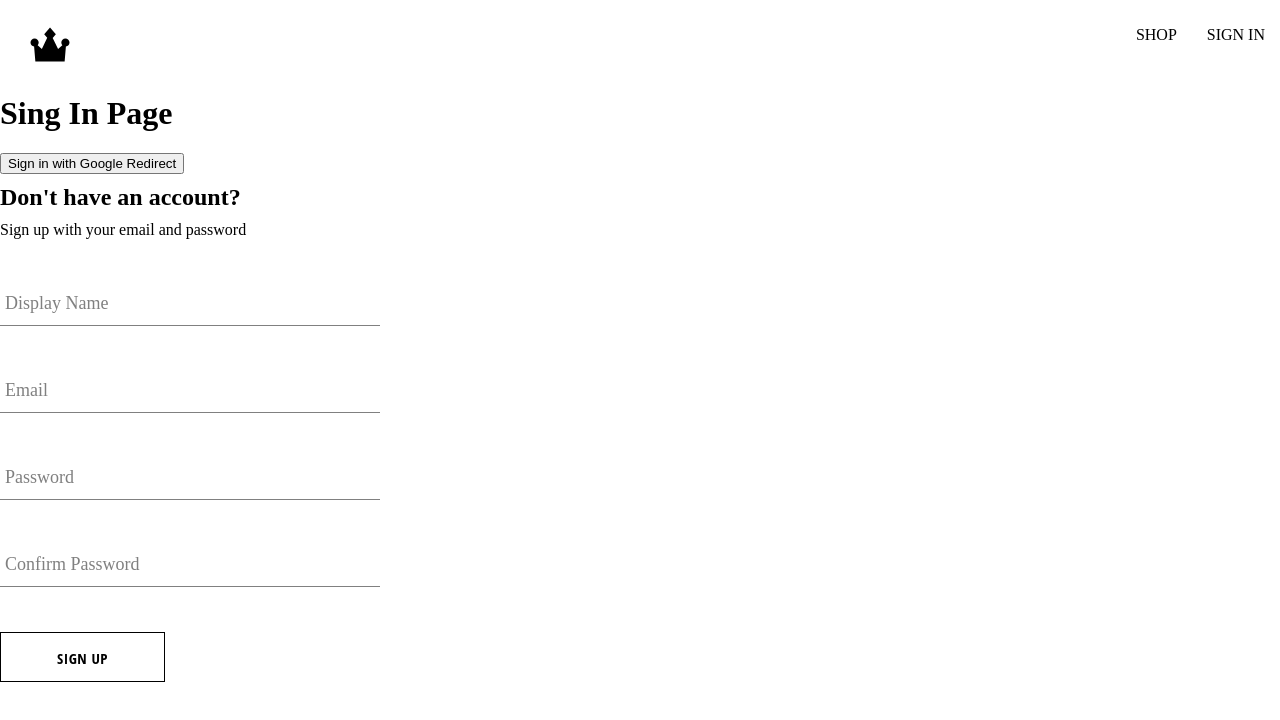
Repository: Chadi2000/crwn-clothing
Page: /signIn
The author's editor kept a copy of each file at every save. The page is drawn from the files as they stood at one save, then again after the next save.
The browser window is 1280 px wide. The pictures show the whole page.
The project was rebuilt for these pictures with package versions that can differ from the ones it lists, and the page was loaded fresh each time. Also part of the build but not shown: src/categories.styles.scss, src/components/category-item/category-item.styles.scss, src/components/category-item/category-item.component.jsx, src/components/directory/directory.styles.scss, src/components/directory/directory.component.js, src/routes/home/home.component.jsx.

Above is the page before, as saved 2024-02-11 21:08:00.

### public/index.html
<!DOCTYPE html>
<html lang="en">
  <head>
    <meta charset="utf-8" />
    <link rel="icon" href="%PUBLIC_URL%/favicon.ico" />
    <meta name="viewport" content="width=device-width, initial-scale=1" />
    <meta name="theme-color" content="#000000" />
    <meta
      name="description"
      content="Web site created using create-react-app"
    />
    <link rel="apple-touch-icon" href="%PUBLIC_URL%/logo192.png" />
    <link rel="preconnect" href="https://fonts.googleapis.com">
    <link rel="preconnect" href="https://fonts.gstatic.com" crossorigin>
    <link
    href="https://fonts.googleapis.com/css2?family=Open+Sans:ital,wght@0,300..800;1,300..800&family=Roboto:wght@300&display=swap"
    rel="stylesheet">
    <!--
      manifest.json provides metadata used when your web app is installed on a
      user's mobile device or desktop. See https://developers.google.com/web/fundamentals/web-app-manifest/
    -->
    <link rel="manifest" href="%PUBLIC_URL%/manifest.json" />
    <!--
      Notice the use of %PUBLIC_URL% in the tags above.
      It will be replaced with the URL of the `public` folder during the build.
      Only files inside the `public` folder can be referenced from the HTML.

      Unlike "/favicon.ico" or "favicon.ico", "%PUBLIC_URL%/favicon.ico" will
      work correctly both with client-side routing and a non-root public URL.
      Learn how to configure a non-root public URL by running `npm run build`.
    -->
    <title>React App</title>
  </head>
  <body>
    <noscript>You need to enable JavaScript to run this app.</noscript>
    <div id="root"></div>
    <!--
      This HTML file is a template.
      If you open it directly in the browser, you will see an empty page.

      You can add webfonts, meta tags, or analytics to this file.
      The build step will place the bundled scripts into the <body> tag.

      To begin the development, run `npm start` or `yarn start`.
      To create a production bundle, use `npm run build` or `yarn build`.
    -->
  </body>
</html>

### src/index.scss
body {
  margin: 0;
  font-family: 'Open Sans'
    sans-serif;
    font-weight: 300 800;
  font-stretch: 100%;
  font-display: swap;
  -webkit-font-smoothing: antialiased;
  -moz-osx-font-smoothing: grayscale;
}

code {
  font-family: source-code-pro, Menlo, Monaco, Consolas, 'Courier New',
    monospace;
}

a{
  text-decoration: none;
  color: black;
}

* {
  box-sizing: border-box;
}

### src/App.js
import './categories.styles.scss';
import { Outlet } from 'react-router-dom';
import Directory from './components/directory/directory.component';
import Home from './routes/home/home.component';
import { Routes, Route } from 'react-router-dom';
import Navigation from './routes/navigation/navigation.component';
import SignIn from './routes/sign-in/sign-in.component';



const Shop =() =>{
  return(
    <h1>SHop from me</h1>
  )
}

const App = () => {


 return(
  <Routes>
    <Route path='/' element={<Navigation />}>
      <Route path='/' element={<Home />} />
      <Route path='shop' element={<Shop/>} />
      <Route path='/signIn' element= {<SignIn />} />

    </Route>

  </Routes>
 );
}

export default App;

### src/routes/navigation/navigation.component.jsx
import { Outlet, Link } from "react-router-dom"
import { Fragment } from "react";
import { ReactComponent as CrwnLogo } from "../../assets/crown.svg";
import './navigation.styles.scss';
const Navigation = () =>{
    return (
      <Fragment>
        <div className="navigation">
            <Link className="logo-container" to='/'>
                <CrwnLogo />
            </Link>

          <div className="nav-links-container">
            <Link className="nav-link"  to='/shop'>
                SHOP
            </Link>
            <Link className="nav-link"  to='/signIn'>
                SIGN IN
            </Link>
          </div>
        </div>
        <Outlet />
      </Fragment>
    )
  }

  export default Navigation;

### src/routes/sign-in/sign-in.component.jsx
import { useEffect } from "react";
import { getRedirectResult } from "firebase/auth";

import {
        auth,
        signInWithGooglePopup,
        signInWithGoogleRedirect ,
        createUserDocumentFromAuth
    } from "../../utils/firebase/firebase.utils";
import SignUpForm from "../../components/sign-up-form/sign-up-form.component";

const SignIn = () => {

    useEffect(() => {
        // Define an asynchronous function inside useEffect
        const fetchData = async () => {
          try {
            // You can await here
            const response = await getRedirectResult(auth);
            if(response){
                const userDocRef = await createUserDocumentFromAuth(response.user)
            }
          } catch (error) {
            console.error('Error fetching data:', error);
          }
        };

        // Call the asynchronous function immediately
        fetchData();

        // Specify dependencies if needed (empty array if not)
      }, []); // Add dependencies if needed


    const logGoogleUser = async () =>{
        const {user} = await signInWithGooglePopup();
        const userDocRef = await createUserDocumentFromAuth(user);

    }






    return(
        <div>
            <h1>Sing In Page</h1>
            {/* <button onClick={logGoogleUser}>
                Sign in with Google Popup
            </button> */}
            <button onClick={signInWithGoogleRedirect}>
                Sign in with Google Redirect
            </button>
            <SignUpForm />
        </div>
    )
}

export default SignIn;

### src/routes/navigation/navigation.styles.scss
.navigation{
    height: 70px;
    width: 100%;
    display: flex;
    justify-content: space-between;
    margin-bottom: 25px;

    .logo-container{
        height: 100%;
        width: 70px;
        padding: 25px;
        -webkit-box-align: center;
        align-items: center;
        justify-content: center;
    }
    .nav-links-container{
        width: 50%;
        height: 100%;
        -webkit-box-align: center;
        align-items: center;
        -webkit-box-pack: end;
        display: flex;
        justify-content: flex-end;
        .nav-link{
            padding: 10px 15px;
            cursor: pointer;
        }
    }


}

### src/utils/firebase/firebase.utils.js
import {initializeApp} from 'firebase/app';
import {
     getAuth,
     signInWithRedirect,
     signInWithPopup,
     GoogleAuthProvider,
     createUserWithEmailAndPassword
    } from 'firebase/auth';

import {
    getFirestore,
    doc,
    getDoc,
    setDoc
}  from'firebase/firestore'

const firebaseConfig = {
    apiKey: "AIzaSyCFm4naOY8EzymqmFzu3h2__lM1anMpCoU",
    authDomain: "crwn-clothing-db-ab0ad.firebaseapp.com",
    projectId: "crwn-clothing-db-ab0ad",
    storageBucket: "crwn-clothing-db-ab0ad.appspot.com",
    messagingSenderId: "89349111223",
    appId: "1:89349111223:web:714444d59a5d8bfdf53c32"
  };

  // Initialize Firebase
  const firebaseApp = initializeApp(firebaseConfig);
  const googleProvider = new GoogleAuthProvider();

  googleProvider.setCustomParameters({
    prompt: "select_account"
  })

  export const auth = getAuth();
  export const signInWithGooglePopup = () =>
   signInWithPopup(auth, googleProvider);
  export const signInWithGoogleRedirect =()=>
   signInWithRedirect(auth, googleProvider)

  export const db = getFirestore();
  export const createUserDocumentFromAuth = async (
    userAuth,
    additionalInformation={}
    )=>{
    if(!userAuth) return ;
    const userDocRef = doc(db,'users',userAuth.uid )

    console.log(userDocRef);

    const userSnapshot = await getDoc(userDocRef);
    console.log(userSnapshot);
    console.log(userSnapshot.exists());

    if(!userSnapshot.exists()){
        const {displayName , email} = userAuth;
        const createdAt = new Date();

        try{
            await setDoc(userDocRef, {
                displayName,
                email,
                createdAt,
                ...additionalInformation
            })
        }catch(error){
            console.log('error creating the user', error.message)
        }
    }

    return userDocRef;
  }

  export const createAuthUserWithEmailAndPassword = async (email, password)=>{
    if(!email || !password) return;
    return await createUserWithEmailAndPassword(auth, email, password)
  };

### src/components/sign-up-form/sign-up-form.component.jsx
import { useState } from "react";
import { createAuthUserWithEmailAndPassword, createUserDocumentFromAuth } from "../../utils/firebase/firebase.utils";
import FormInput from "../form-input/form-input.component";
import './sign-up-form.styles.scss';
import Button from "../button/button.component";

const defaultFormFields ={
    displayName: '',
    email:'',
    password:'',
    confirmPassword: ''
}

const SignUpForm =() =>{

    const [formFields, setFormFields] = useState(defaultFormFields);
    const { displayName, email, password, confirmPassword} = formFields;

    console.log(formFields);

    const resetFormFields = () =>{
        setFormFields(defaultFormFields);
    }

    const handleSubmit = async(event) =>{
        event.preventDefault();

        if(password != confirmPassword){
            alert("password do not match");
            return;
        }

        try{
            const {user} = await createAuthUserWithEmailAndPassword(email, password);

            await createUserDocumentFromAuth(user,{ displayName });
            resetFormFields();


        }catch(error){
            if(error.code ==  'auth/email-already-in-use'){
                alert('Cannot create user, email already in use');
            } else{
                console.log('user created encountered an error', error);
            }

        }
    }



    const handlechange = (event) =>{

        setFormFields({...formFields, [event.target.name]:event.target.value})
    }

    return (


        <div className="sign-up-container">
            <h2>Don't have an account?</h2>
            <span>Sign up with your email and password</span>
            <form onSubmit={handleSubmit}>
                <FormInput
                label="Display Name"
                inputOptions = {{
                    type:"text",
                    required:true,
                    onChange:handlechange,
                    name:"displayName",
                    value : displayName,
                    }}
                     />

                <FormInput
                label="Email"
                inputOptions = {{
                    type:"email",
                    required:true,
                    onChange:handlechange,
                    name:"email",
                    value : email,
                    }}
                     />

                <FormInput
                label="Password"
                inputOptions = {{
                    type:"password",
                    required:true,
                    onChange:handlechange,
                    name:"password",
                    value : password,
                    }}
                     />

                <FormInput
                label="Confirm Password"
                inputOptions = {{
                    type:"password",
                    required:true,
                    onChange:handlechange,
                    name:"confirmPassword",
                    value : confirmPassword,
                    }}
                     />


                <Button buttonType='inverted' type="submit">Sign Up</Button>
            </form>
        </div>
    )
}

export default SignUpForm;

### src/components/form-input/form-input.component.jsx
import './form-input.styles.scss';


const FormInput = ({label, inputOptions}) =>{
    return (
        <div className="group">
            <input className="form-input" {...inputOptions} />
            {
                label &&(
            <label className={`${inputOptions.value.length ? 'shrink': ''}
            form-input-label`}>{label}</label>)}



        </div>

    )
}
export default FormInput;

### src/components/button/button.component.jsx
import './button.styles.scss';

const BUTTON_TYPES_CLASSES = {
    google:'google-sign-in',
    inverted:'inverted',

}

const Button = ({ children, buttonType, ...otherProps }) =>{
    return(
        <button className={`button-container ${BUTTON_TYPES_CLASSES[buttonType]}`}
        {...otherProps}
        >
            {children}
        </button>
    )
}

export default Button;

### src/components/form-input/form-input.styles.scss
$sub-color: grey;
$main-color: black;

@mixin shrinkLabel{
    top: -14px;
    font-size: 12px;
    color:$main-color ;
}

.group{
    position: relative;
    margin: 45px 0;
    .form-input{
        background: none;
        background-color: white;
        color:$sub-color;
        font-size: 18px;
        padding: 10px 10px 10px 5px;
        display: block;
        width: 100%;
        border: none;
        border-radius: 0;
        border-bottom: 1px solid $sub-color;
        border-top: none;
        border-right: none;
        border-left: none;
        margin: 25px 0;

        &:focus{
            outline: none;
        }
        &:focus ~ .form-input-label{
            @include shrinkLabel();
        }
    }

    input[type='password']{
        letter-spacing: 0.3em;
    }

    .form-input-label{
        color: $sub-color;
        font-size: 18px;
        font-weight: normal;
        position: absolute;
        pointer-events: none;
        left: 5px;
        top: 10px;
        transition: all 300ms ease 0s;
        line-height: 1;
        &.shrink{
            @include shrinkLabel()
        }

    }


}

### src/components/button/button.styles.scss
.button-container{
    min-width: 165px;
    width: auto;
    height: 50px;
    letter-spacing: 0.5px;
    line-height: 50px;
    padding: 0 35px 0 35px;
    font-size: 15px;
    background-color: black;
    color: white;
    text-transform: uppercase;
    font-family: 'Open Sans Condensed';
    font-weight: bolder;
    border: none;
    cursor: pointer;
    display: flex;
    justify-content: center;

    &:hover{
        background-color: white;
        color: black;
        border: 1px solid black;
    }

    &.google-sign-in{
        background-color: #4285f4;
        color:white;
        &:hover{
            background-color: #357ae8;
            border: none;
        }
    }


    &.inverted{
        background-color: white;
        color: black;
        border: 1px solid black;

        &:hover {
            background-color: black;
            color: white;
            border:none;
        }
    }
}

Loaded but not shown: src/index.js (common file); src/reportWebVitals.js (common file); src/components/sign-up-form/sign-up-form.styles.scss (common file)

After the next save:
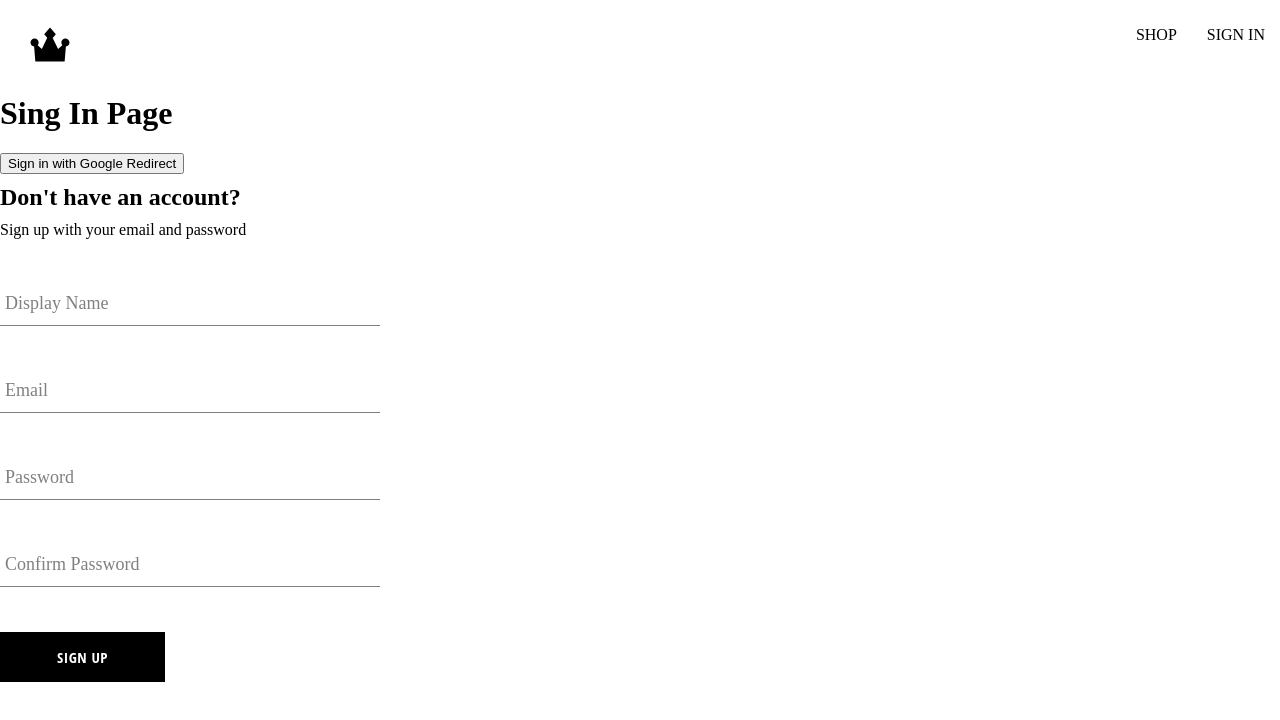
Saved 1 s later.
--- a/src/components/sign-up-form/sign-up-form.component.jsx
+++ b/src/components/sign-up-form/sign-up-form.component.jsx
@@ -106,7 +106,7 @@ const SignUpForm =() =>{
                      />
 
 
-                <Button buttonType='inverted' type="submit">Sign Up</Button>
+                <Button type="submit">Sign Up</Button>
             </form>
         </div>
     )
